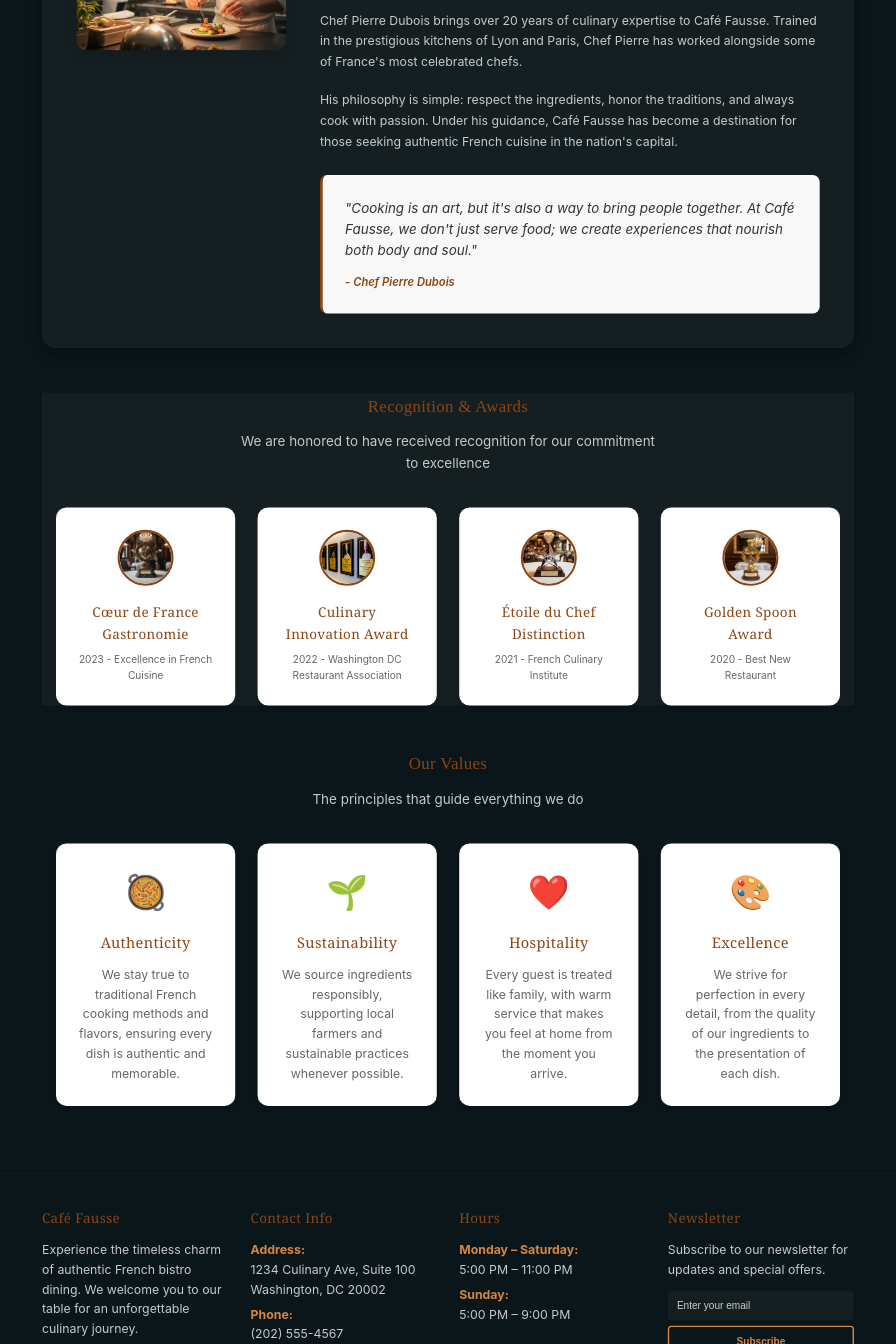
Repository: MatVanDenArt/MSSE-Cafe-Fausse
Page: /about (app in frontend/)
The author's editor kept a copy of each file at every save. The page is drawn from the files as they stood at one save, then again after the next save.
The browser window is 1280 px wide. The pictures show the part of the page from y = 1607 to 3527 px (the page is 3649 px tall before and 3651 px after), at 70% of full size.
The project was rebuilt for these pictures with package versions that can differ from the ones it lists, and the page was loaded fresh each time. Also part of the build but not shown: frontend/src/pages/Home.css, frontend/src/pages/Home.js, frontend/src/pages/Menu.css, frontend/src/pages/Menu.js, frontend/src/pages/Reservations.css, frontend/src/pages/Reservations.js, frontend/src/pages/Gallery.css, frontend/src/pages/Gallery.js.

Above is the page before, as saved 2025-10-26 15:30:16.

After the next save:
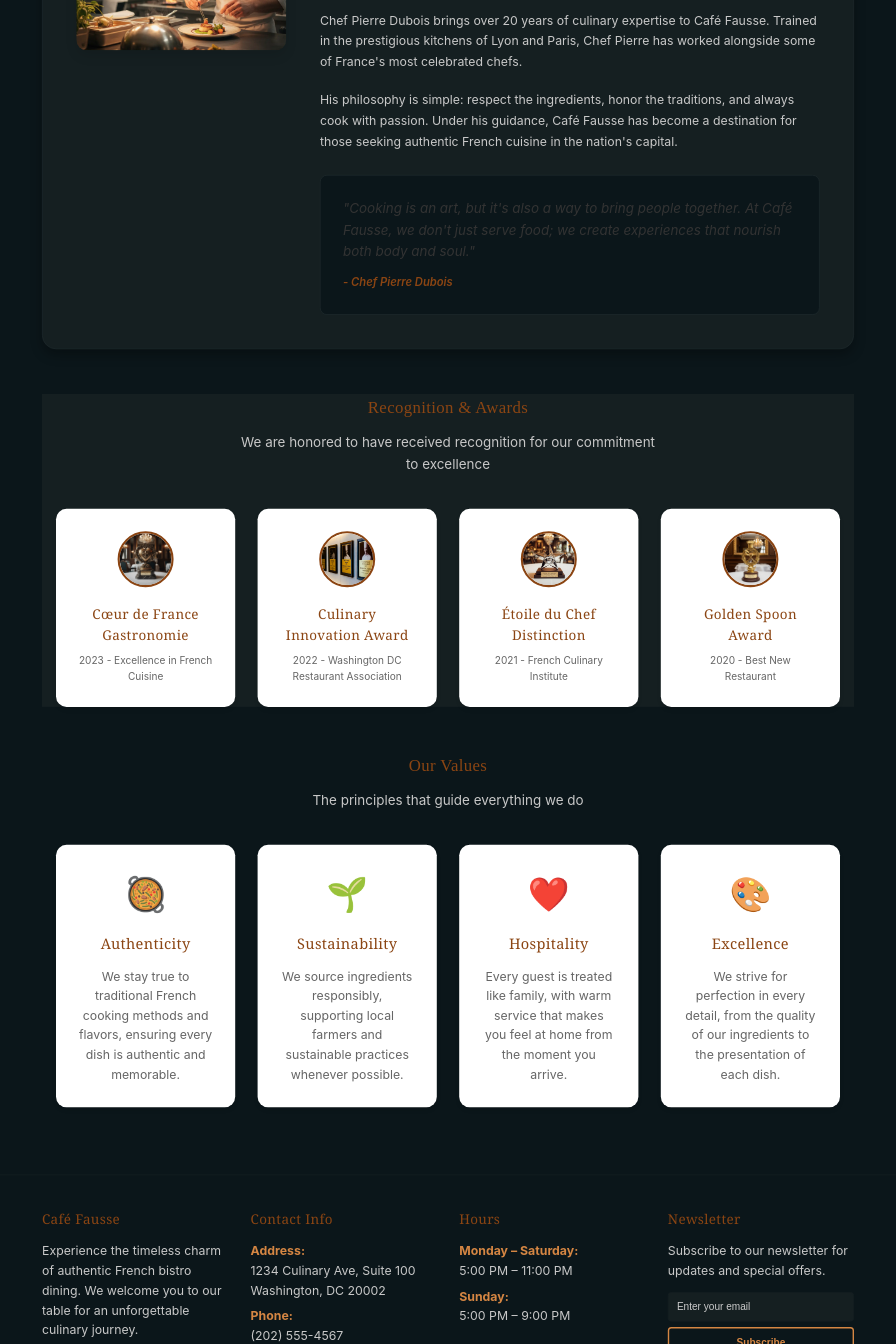
Saved 5 s later.
--- a/frontend/src/pages/About.css
+++ b/frontend/src/pages/About.css
@@ -94,11 +94,12 @@
 }
 
 .chef-quote {
-  background: #f8f8f8;
+  background: #0b161a;
   padding: 2rem;
   border-radius: 10px;
   border-left: 4px solid #8b4513;
   margin-top: 2rem;
+  border: 1px solid #1f2a2d;
 }
 
 .chef-quote blockquote {
